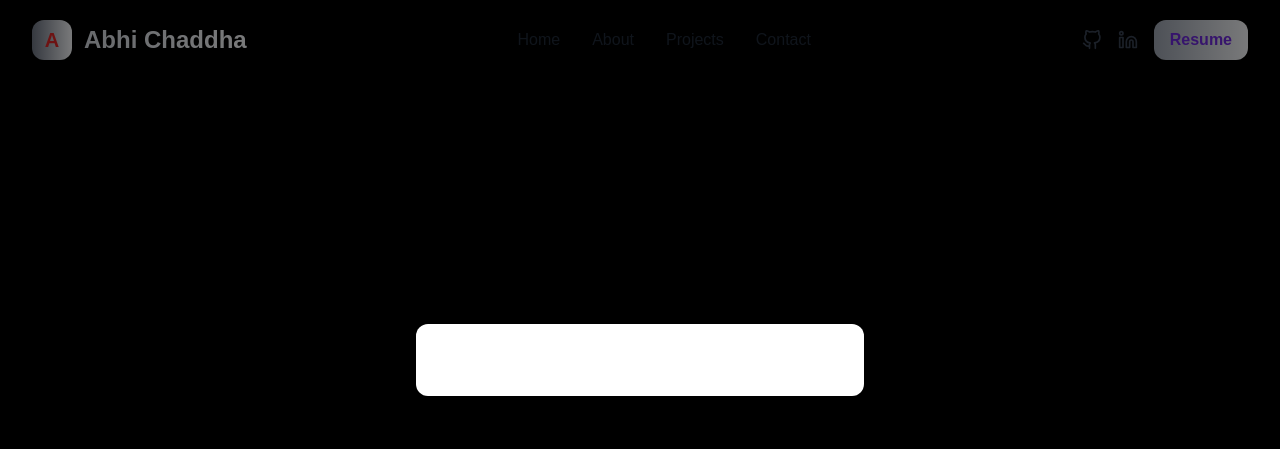
Repository: 532ab/portfolio-website
Page: /, after clicking the first element matching `button.ml-4`
The author's editor kept a copy of each file at every save. The page is drawn from the files as they stood at one save, then again after the next save.
The browser window is 1280 px wide. The pictures show the whole page.
The project was rebuilt for these pictures with package versions that can differ from the ones it lists, and the page was loaded fresh each time. Also part of the build but not shown: vite.config.js.

Above is the page before, as saved 2026-01-25 13:17:25.

### src/index.css
@tailwind base;
@tailwind components;
@tailwind utilities;

body {
  overflow-x: hidden;
  font-family: Arial, Helvetica, sans-serif;
  margin: 0;
  padding: 0;
  width: 100%;
  position: relative;
  background-color: black;
  color: white;

}

### src/App.jsx
import Header from "./components/Header"

export default function App() {
  return (
    <>
      <Header />
    </>
  )
}

### src/components/Header.jsx
import { motion } from "framer-motion";
import { a } from "framer-motion/client";
import { FiGithub,FiLinkedin, FiMenu, FiX } from "react-icons/fi";
import { useState } from "react";

const Header = () => {
    // Toggle the Menu open/close
    const[isOpen, setIsOpen] = useState(false);
    const toggleMenu = () => setIsOpen(!isOpen);

    // State to track if the contact form is open
    const [contactFormOpen, setContactFormOpen] = useState(false);
    const openContactForm = () => setContactFormOpen(true)
    const closeContactForm = () => setContactFormOpen(false)
  return (
    <header className="absolute w-full z-50 transition-all duration-300">
        <div className = "container mx-auto px-4 sm:px-6 lg:px-8 flex items-center justify-between h-16 md:h-20">
            {/* Logo/Name */}
            <motion.div
             initial = {{ opacity: 0, x: -100}}
             animate = {{ opacity: 1, x: 0}}
             transition = {{
                type: "spring",
                stiffness: 100,
                damping: 25,
                delay: 0.3,
                duration: 1.3,
            }}
            className = "flex items-center">
                <div className = "h-10 w-10 rounded-xl bg-gradient-to-r from-gray-500 to-gray-100 flex items-center justify-center text-red-600 font-bold text-xl mr-3">
                    A
                </div>

                <span className = "text-2xl font-bold bg-gradient-to-r from-gray-300 to-gray-100 bg-clip-text text-transparent">
                    Abhi Chaddha
                </span>

            </motion.div>

        {/* Desktop Navigation */}
        <nav className = "lg:flex hidden space-x-8">
            {["Home", "About", "Projects", "Contact"].map((item,
                index) => (
                    <motion.a
                    key = {item}
                    initial = {{ opacity: 0, y:-20}}
                    animate = {{ opacity: 1, y: 0}}
                    transition = {{
                        type: "spring",
                        stiffness: 100,
                        damping: 20,
                        delay: 1.4,
                    }}
                    className = "relative text-gray-800 dark:text-gray-200 hover:violet-600 dark:hover:text-violet-400 font-medium transition-colors duration-300 group"
                    href = "#">
                        {item}
                        <span className="absolute bottom-0 left-0 w-0 h-0.5 bg-violet-600 group-hover:w-full transition-all duration-300">

                        </span>
                    </motion.a>

                ))}
            </nav>
            {/* Social Icons - Desktop */}
            <div className = "md:flex hidden items-center space-x-4">
                    <motion.a
                    initial = {{opacity: 0, scale: 0.5}}
                    animate= {{opacity: 1, scale: 1}}
                    transition = {{delay: 1.3, duration: 0.8}}
                        className = "text-gray-700 dark:text-gray-300 hover:text-violet-600 dark:hover:text-violet-400 transition-colors" href = "#">
                        <FiGithub className = "w-5 h-5">

                        </FiGithub>
                    </motion.a>
                     <motion.a
                    initial = {{opacity: 0, scale: 0.5}}
                    animate= {{opacity: 1, scale: 1}}
                    transition = {{delay: 1.3, duration: 0.8}}
                        className = "text-gray-700 dark:text-gray-300 hover:text-blue-600 dark:hover:text-blue-400 transition-colors duration-300" href = "#">
                        <FiLinkedin className = "w-5 h-5">

                        </FiLinkedin>
                    </motion.a>
                    {/* Resume button */}
                <motion.button
                    onClick = {openContactForm}
                    intial = {{ opacity: 0, scale: 0.8}}
                    animate = {{opacity: 1, scale: 1}}
                    transition = {{ delay: 1.6, duration: 0.8, type: "spring", stiffness: 100, damping: 15,}}
                    className = "ml-4 px-4 py-2 rounded-xl bg-gradient-to-r from-gray-400 to-gray-100 text-violet-700 font-bold hover:from-violet-700 hover:to-purple-700 hover:text-white transition-all duration-500">
                        Resume
                </motion.button>
            </div>
            {/* Mobile Menu Button */}
            <div className = "md:hidden flex items-center">
                <motion.button
                whileTap = {{scale: 0.7}}
                onClick = {toggleMenu}
                className = "text-gray-300">
                    { isOpen ? <FiX className = "h-6 wi-6" /> : <FiMenu className = "h-6 w-6" />}
                </motion.button>

            </div>
        </div>
        {/* Mobile Menu */}
        <motion.div
        initial = {{opacity: 0, height: 0 }}
        animate = {{ opacity: isOpen ? 1 : 0,
            height: isOpen ? "auto" : 0, }}
            transition = {{duration: 0.5}}
             className = "md:hidden overflow-hidden bg-white dark:bg-gray-900 shadow-lg px-4 py-5 space-y-5">
            <nav className = "flex flex-col space-y-3">
                {["Home", "About", "Projects", "Contact" ].map((item) =>
                (
                    <a
                    onClick = {toggleMenu}
                    className = "text-gray-300 font-medium py-2"
                    key = {item} href ="#">
                        {item}
                    </a>
                ))}
            </nav>
            <div className = "pt-4 border-t border-gray-200 dakr:border-gray-700">
                <div className = "flex space-x-5">
                    <a href = "#">
                        <FiGithub className = "h-4 w-5 text-gray-300" />
                    </a>
                    <a href = "#">
                        <FiLinkedin className = "h-4 w-5 text-gray-300" />
                    </a>
                    <button
                    onClick = {() => {
                        toggleMenu()
                     }} className = "mt-4 block w-full px-4 py-2 rounded-lg bg-gradient-to-r from-violet-600 to-violet-400 font-bold">
                        Contact Me
                    </button>
                    </div>

            </div>
        </motion.div>

        {/* Contact Form */}
        {contactFormOpen && (
            <motion.div
            initial = {{ opacity: 0}}
            animate = {{ opacity: 1}}
            exit = {{opacity: 0}}
            transition = {{duration: 0.5}}
            className = "fixed inset-0 bg-black/50 background-blur-sm z-50 flex items-center justify-center p-4"
             onClick = {closeContactForm}>

                <div className = "bg-white dark:bg-gray-800 rounded-xl shadow-xl w-full max-w-md p-6">
                    <h1 classname = "text-2xl font-bold text-gray-900 dark:text-white">
                        Get In Touch
                    </h1>
                </div>
            </motion.div>
        )}
    </header>
  )
}

export default Header

Loaded but not shown: index.html (common file); src/main.jsx (common file); tailwind.config.js (common file)

After the next save:
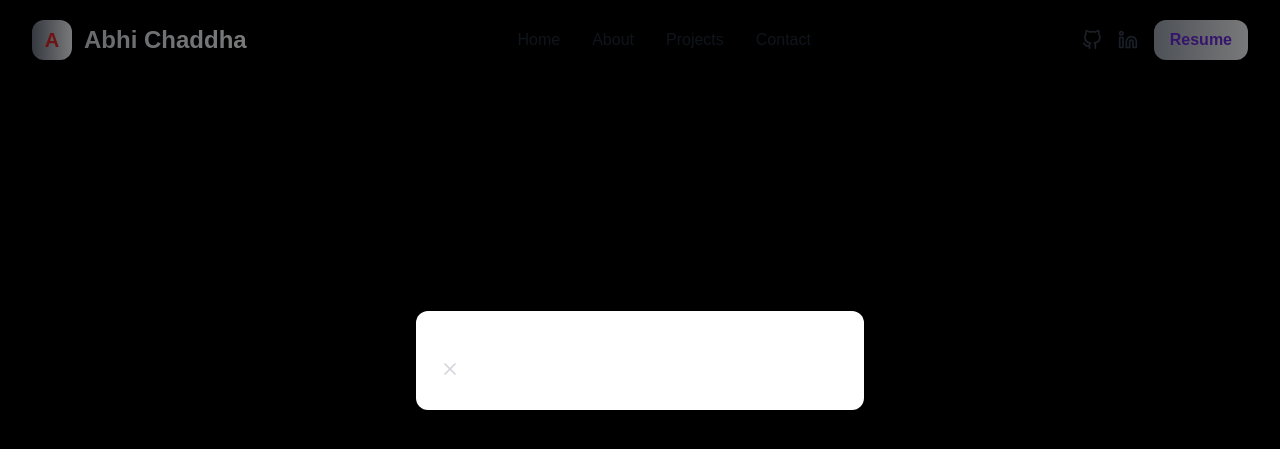
Saved 4 min 59 s later.
--- a/src/components/Header.jsx
+++ b/src/components/Header.jsx
@@ -153,6 +153,11 @@
                     <h1 classname = "text-2xl font-bold text-gray-900 dark:text-white">
                         Get In Touch
                     </h1>
+
+                    <button
+                    onClick = {closeContactForm}>
+                        <FiX className = "w-5 h-5 text-gray-300 font-extrabold" />
+                    </button>
                 </div>
             </motion.div>
         )}
